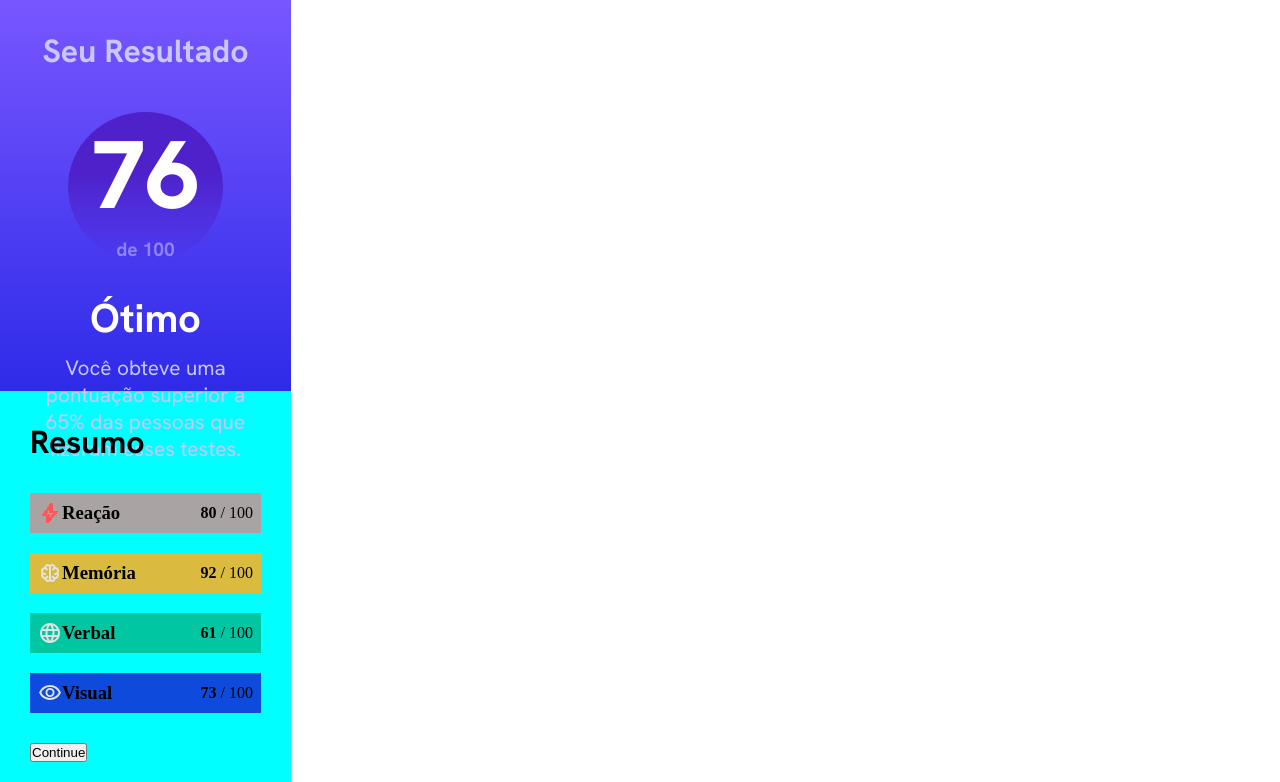
Repository: caique2512/resumo-de-resultados
Page: index.html
The author's editor kept a copy of each file at every save. The page is drawn from the files as they stood at one save, then again after the next save.
The browser window is 1280 px wide. The pictures show the whole page.

Above is the page before, as saved 2026-03-10 17:55:28.

### index.html
<!DOCTYPE html>
<html lang="pt-br">
<head>
    <meta charset="UTF-8">
    <meta name="viewport" content="width=device-width, initial-scale=1.0">
    <title>Resumo de Resultados</title>
    <link rel="stylesheet" href="src/css/estilos.css">
    <link rel="stylesheet" href="src/css/reset.css">
</head>
<body>
    <main class="conteudo">
        <div class="principal">
            <h1 class="titulo">Seu Resultado</h1>
            <div class="circulo">
                <h2>76</h2>
                <p>de 100</p>
            </div>
            <h2 class="avaliacao">Ótimo</h2>
            <p class="subtitle">Você obteve uma pontuação superior a 65% das pessoas que fizeram esses testes.</p>
        </div>
        <div class="resultado">
            <h1 class="titulo1">Resumo</h1>
            <div class="classes">
                <div class="resumo1">
                    <div>
                        <img src="./src/images/raio.png" alt="Raio">
                        <h3>Reação</h3>
                    </div>
                    <p><strong>80</strong> / 100</p>
                </div>
                <div class="resumo2">
                    <div>
                        <img src="./src/images/memoria.svg" alt="Memória">
                        <h3>Memória</h3>
                    </div>
                    <p><strong>92</strong> / 100</p>
                </div>
                <div class="resumo3">
                    <div>
                        <img src="./src/images/mensagem.svg" alt="Mensagem">
                        <h3>Verbal</h3>
                    </div>
                    <p><strong>61</strong> / 100</p>
                </div>
                <div class="resumo4">
                    <div>
                        <img src="./src/images/olho.svg" alt="olho">
                        <h3>Visual</h3>
                    </div>
                    <p><strong>73</strong> / 100</p>
                </div>
            </div>
            <button class="btn-resumo">Continue</button>
        </div>
    </main>
</body>
</html>

### src/css/estilos.css
@import url('https://fonts.googleapis.com/css2?family=Hanken+Grotesk:ital,wght@0,100..900;1,100..900&display=swap');


.principal {
    background: linear-gradient(hsl(252, 100%, 67%), hsl(241, 81%, 54%));
    width: 291px;
    height: 391px;
    display: flex;
    flex-direction: column;
    align-items: center;
}

.titulo {
    color: hsl(241, 100%, 89%);
    font-family: "Hanken Grotesk";
    margin-top: 30px;
    font-size: 2rem;
}

.circulo {
    background: linear-gradient(hsla(256, 72%, 46%, 1) 40%, hsla(241, 72%, 46%, 0));
    width: 155px;
    height: 155px;
    border-radius: 50%;
    display: flex;
    align-items: center;
    justify-content: center;
    flex-direction: column;
    margin-top: 2.5rem;
}

.circulo h2 {
    font-size: 6rem;
    font-family: "Hanken Grotesk";
    font-weight: 800;
    color: hsl(0, 0%, 100%);
}

.circulo p {
    color: hsla(241, 100%, 89%, 0.538);
    font-family: "Hanken Grotesk";
    font-weight: 700;
    font-size: 1.2rem;
}

.principal .avaliacao {
    color: white;
    font-family: "Hanken Grotesk";
    margin-top: 30px;
    font-size: 2.5rem;

}

.principal .subtitle {
    color: hsl(241, 100%, 89%);
    font-family: "Hanken Grotesk";
    width: 230px;
    display: flex;
    text-align: center;
    margin: 10px;
    font-size: 1.3rem;
}

.resultado {
    background-color: aqua;
    width: 291px;
    height: 391px;
    padding: 30px;
}

.resultado .titulo1 {
    color: #000000;
    font-family: "Hanken Grotesk";
}

.resultado .classes {
    display: flex;
    flex-direction: column;
    gap: 20px;
    margin: 30px 0px;
}

.resultado .classes .resumo1 div {
    display: flex;
    align-items: center;
}

.resultado .classes .resumo1{
    display: flex;
    align-items: center;
    justify-content: space-between;
    background-color: hsla(0, 99%, 73%, 0.667);
    padding: 8px;
}

.resultado .classes .resumo2 div {
    display: flex;
    align-items: center;
}

.resultado .classes .resumo2{
    display: flex;
    align-items: center;
    justify-content: space-between;
    background-color: hsla(39, 100%, 56%, 0.853);
    padding: 8px;
}

.resultado .classes .resumo3 div {
    display: flex;
    align-items: center;
}

.resultado .classes .resumo3{
    display: flex;
    align-items: center;
    justify-content: space-between;
    background-color: hsla(166, 100%, 37%, 0.851);
    padding: 8px;
}

.resultado .classes .resumo4 div {
    display: flex;
    align-items: center;
}

.resultado .classes .resumo4{
    display: flex;
    align-items: center;
    justify-content: space-between;
    background-color: hsla(234, 85%, 45%, 0.829);
    padding: 8px;
}

### src/css/reset.css


* {
    margin: 0;
    padding: 0;
    box-sizing: border-box;
}

After the next save:
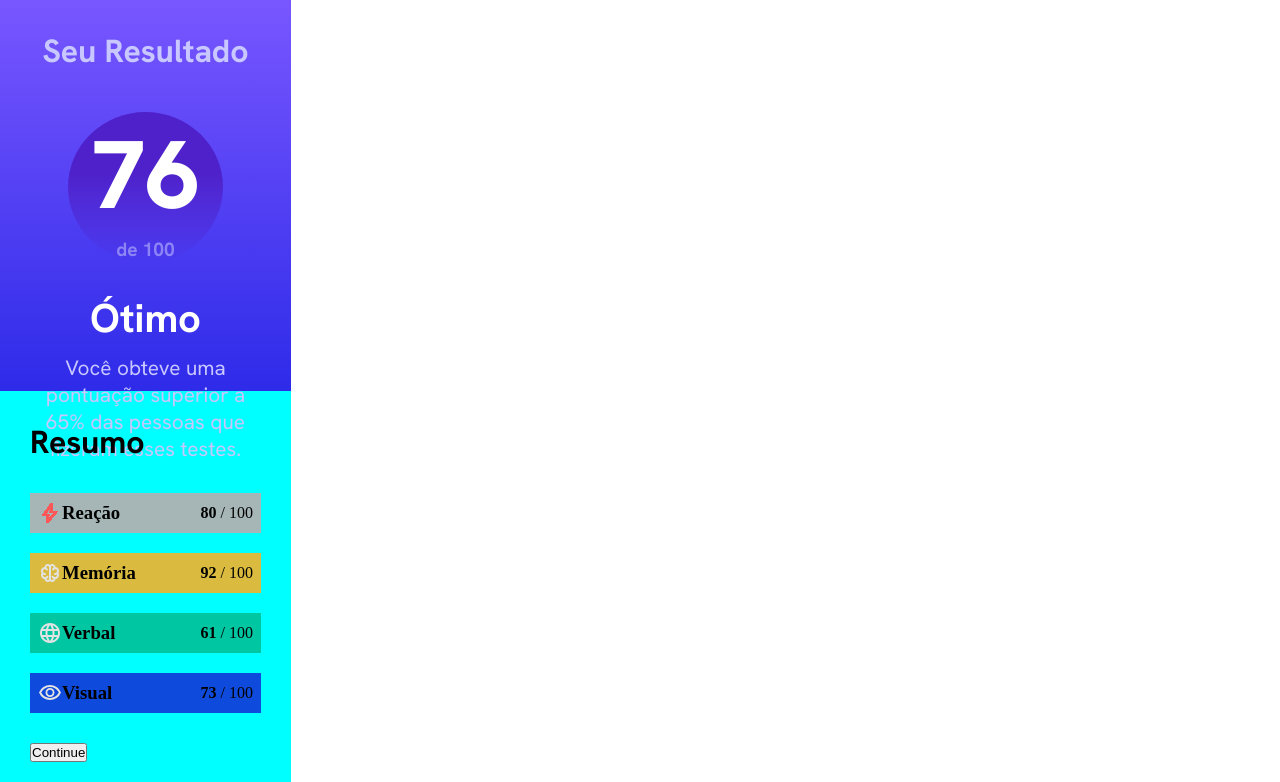
Saved 4 s later.
--- a/src/css/estilos.css
+++ b/src/css/estilos.css
@@ -89,7 +89,7 @@
     display: flex;
     align-items: center;
     justify-content: space-between;
-    background-color: hsla(0, 99%, 73%, 0.667);
+    background-color: hsla(0, 90%, 77%, 0.667);
     padding: 8px;
 }
 
